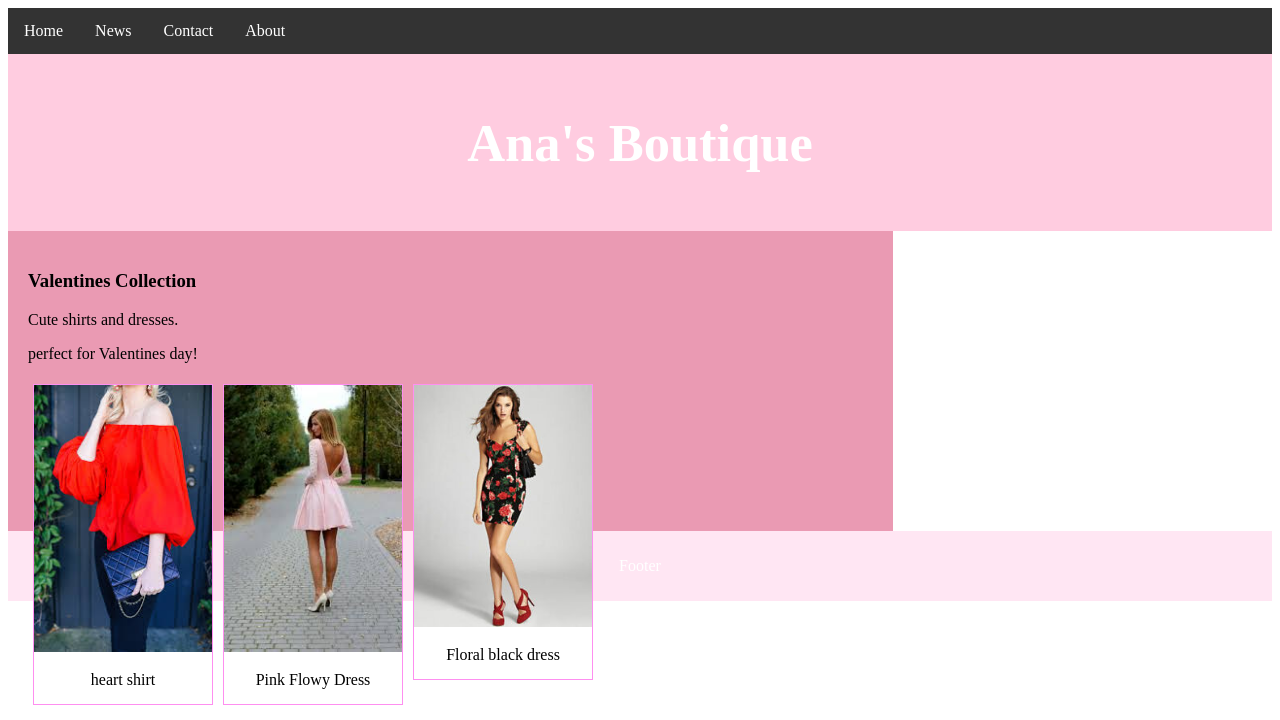
Repository: anavaldovinos/anavaldovinos.github.io
Page: project/home.html
The author's editor kept a record of every edit. The page is drawn from the files as they stood at one moment, then again after the next edit.
The browser window is 1280 px wide. The pictures show the whole page.

Above is the page before.

After the next edit:
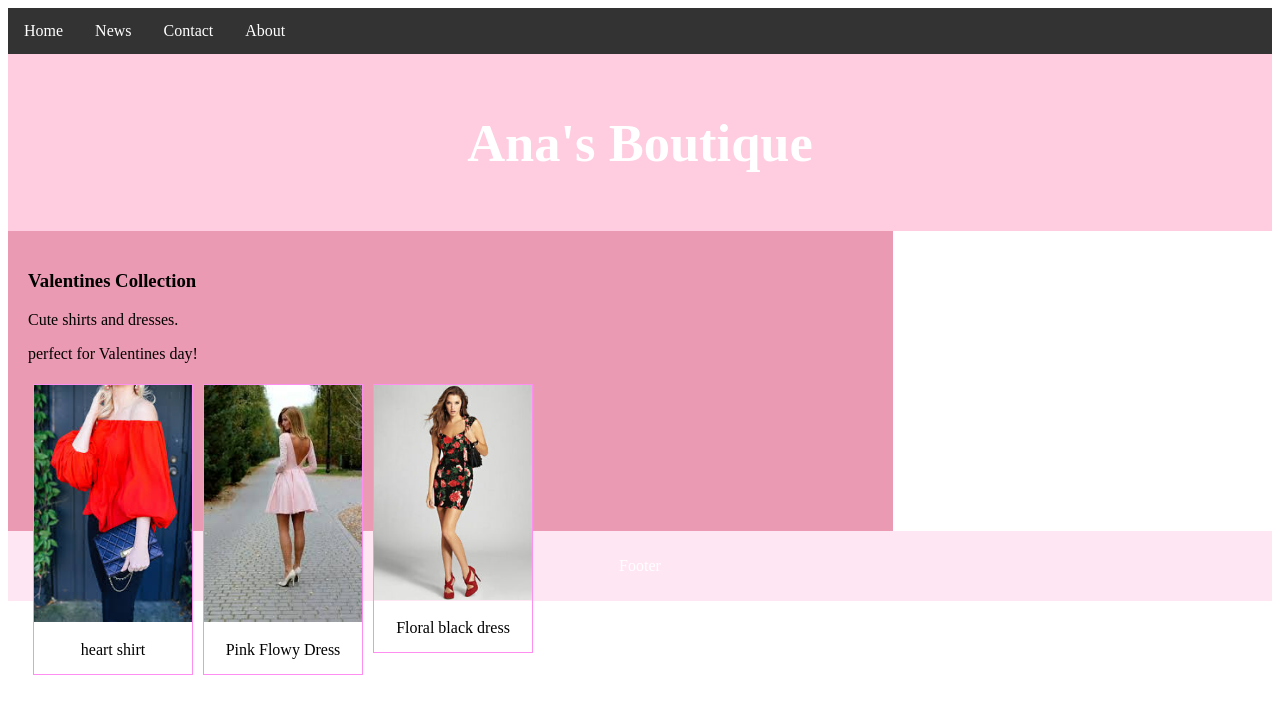
The edit:
--- a/project/home.html
+++ b/project/home.html
@@ -20,7 +20,7 @@
   margin: 5px;
   border: 1px solid #FE8FF0;
   float: left;
-  width: 180px;
+  width: 160px;
 }
 
 div.gallery:hover {
